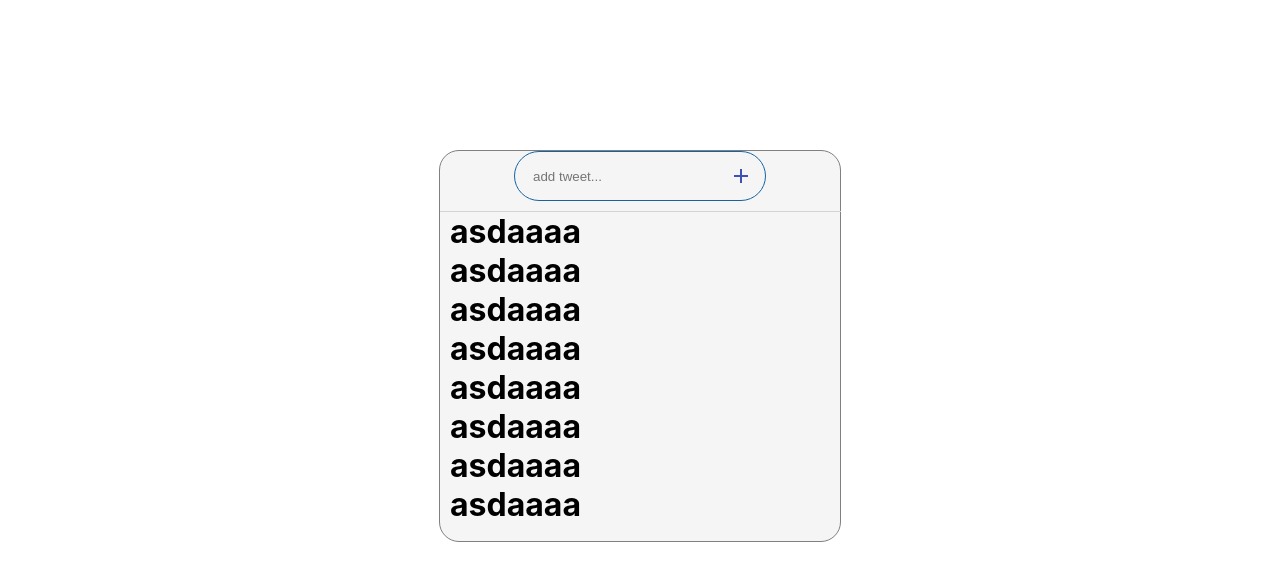
Repository: ehabmelhem/FullStack_Tweetapp
Page: /tweet (app in tweet-app-demo/)
An editor plug-in stored every save of this project. The page is shown before and after the next save, followed by the edit.
The browser window is 1280 px wide. The pictures show the whole page.
The project was rebuilt for these pictures with package versions that can differ from the ones it lists, and the page was loaded fresh each time. A package was used in the major version that the imports need, not the one package.json lists. Also part of the build but not shown: tweet-app-demo/src/Componets/Gotweet.js, tweet-app-demo/src/Componets/Login.css, tweet-app-demo/src/Componets/Login.js, tweet-app-demo/src/Componets/SignUp.css, tweet-app-demo/src/Componets/SignUp.js.

Above is the page before, as saved 2021-01-28 20:06:50.

### tweet-app-demo/src/App.js
import "./App.css";
import { useEffect, useState } from "react";
import { BrowserRouter as Router, Switch, Route, Link } from "react-router-dom";
import Login from "./Componets/Login";
import SignUp from "./Componets/SignUp";
import Tweet from "./Componets/Tweet";

function App() {
  return (
    <Router>
      <div className="app">
        <Switch>
          <Route path="/tweet">
            <Tweet />
          </Route>
          <Route path="/login">
            <Login />
          </Route>
          <Route path="/signup">
            <SignUp />
          </Route>
          <Route path="/">
            <Link to="/login">
              <button>Login</button>
            </Link>
            <Link to="/signup">
              <button>SignUp</button>
            </Link>
          </Route>
        </Switch>
      </div>
    </Router>
  );
}

export default App;

### tweet-app-demo/src/App.css
.app {
  position: relative;
  top: 150px;
  width: fit-content;
  margin: 0 auto;
}

### tweet-app-demo/src/Componets/Tweet.js
import React from "react";
import "./Tweet.css";
import IconButton from "@material-ui/core/IconButton";
import AddIcon from "@material-ui/icons/Add";
function Tweet() {
  return (
    <div className="tweet">
      <form className="tweet__form">
        <input placeholder="add tweet..." type="text" name="" id="" />
        <IconButton color="primary">
          <AddIcon />
        </IconButton>
      </form>
      <div className="container">
        <h1>asdaaaa</h1>
        <h1>asdaaaa</h1>
        <h1>asdaaaa</h1>
        <h1>asdaaaa</h1>
        <h1>asdaaaa</h1>
        <h1>asdaaaa</h1>
        <h1>asdaaaa</h1>
        <h1>asdaaaa</h1>
        <h1>asdaaaa</h1>
        <h1>asdaaaa</h1>
        <h1>asdaaaa</h1>
        <h1>asdaaaa</h1>
        <h1>asdaaaa</h1>
        <h1>asdaaaa</h1>
        <h1>asdaaaa</h1>
        <h1>asdaaaa</h1>
        <h1>asdaaaa</h1>
        <h1>asdaaaa</h1>
        <h1>asdaaaa</h1>
        <h1>asdaaaa</h1>
        <h1>asdaaaa</h1>
        <h1>asdaaaa</h1>
        <h1>asdaaaa</h1>
        <h1>asdaaaa</h1>
        <h1>asdaaaa</h1>
        <h1>asdaaaa</h1>
        <h1>asdaaaa</h1>
        <h1>asdaaaa</h1>
        <h1>asdaaaa</h1>
        <h1>asdaaaa</h1>
        <h1>asdaaaa</h1>
        <h1>asdaaaa</h1>
        <h1>asdaaaa</h1>
        <h1>asdaaaa</h1>
        <h1>asdaaaa</h1>
        <h1>asdaaaa</h1>
        <h1>asdaaaa</h1>
        <h1>asdaaaa</h1>
        <h1>asdaaaa</h1>
        <h1>asdaaaa</h1>
        <h1>asdaaaa</h1>
        <h1>asdaaaa</h1>
        <h1>asdaaaa</h1>
        <h1>asdaaaa</h1>
        <h1>asdaaaa</h1>
      </div>
    </div>
  );
}

export default Tweet;

### tweet-app-demo/src/Componets/Tweet.css
.tweet__form {
  margin: 0 auto;
  width: fit-content;
  display: flex;
  align-items: center;
  border: 1px solid rgb(23, 99, 161);
  border-radius: 999px;
}
.tweet__form > input {
  margin-left: 11px;
  padding: 7px;
  outline: none;
  border: none;
  background-color: whitesmoke;
}
.tweet {
  background-color: whitesmoke;
  width: 400px;
  border-radius: 20px;
  border: 1px solid gray;
  z-index: 999;
  height: 390px;
}
/* Hide scrollbar for Chrome, Safari and Opera */

.container::-webkit-scrollbar-track {
  box-shadow: inset 0 0 6px rgba(13, 132, 230, 0.76);
  border-radius: 999px;
}
.container::-webkit-scrollbar {
  width: 10px;
}
.container::-webkit-scrollbar-thumb {
  background-color: rgb(37, 156, 235);
  border-radius: 999px;
}
.container::-webkit-scrollbar-thumb:hover {
  background-color: black;
}
.container {
  border-top: 1px solid lightgray;
  margin: 0 auto;
  margin-top: 10px;
  overflow: scroll;
  scroll-behavior: smooth;
  overflow-x: hidden; /* Hide horizontal scrollbar */
  height: 310px;
  width: fit-content;
  padding-left: 10px;
  padding-right: 260px;
}

Loaded but not shown: tweet-app-demo/public/index.html (common file); tweet-app-demo/src/index.js (common file); tweet-app-demo/src/index.css (common file); tweet-app-demo/src/reportWebVitals.js (common file)

After the next save:
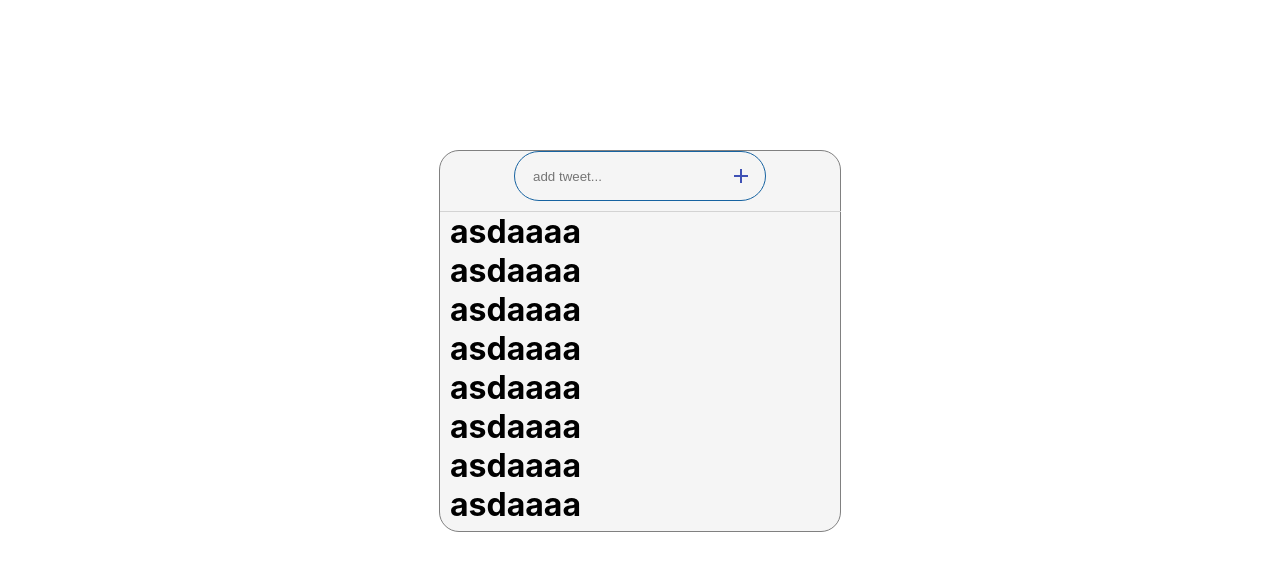
Saved 4 s later.
--- a/tweet-app-demo/src/Componets/Tweet.css
+++ b/tweet-app-demo/src/Componets/Tweet.css
@@ -19,7 +19,7 @@
   border-radius: 20px;
   border: 1px solid gray;
   z-index: 999;
-  height: 390px;
+  height: 380px;
 }
 /* Hide scrollbar for Chrome, Safari and Opera */
 
